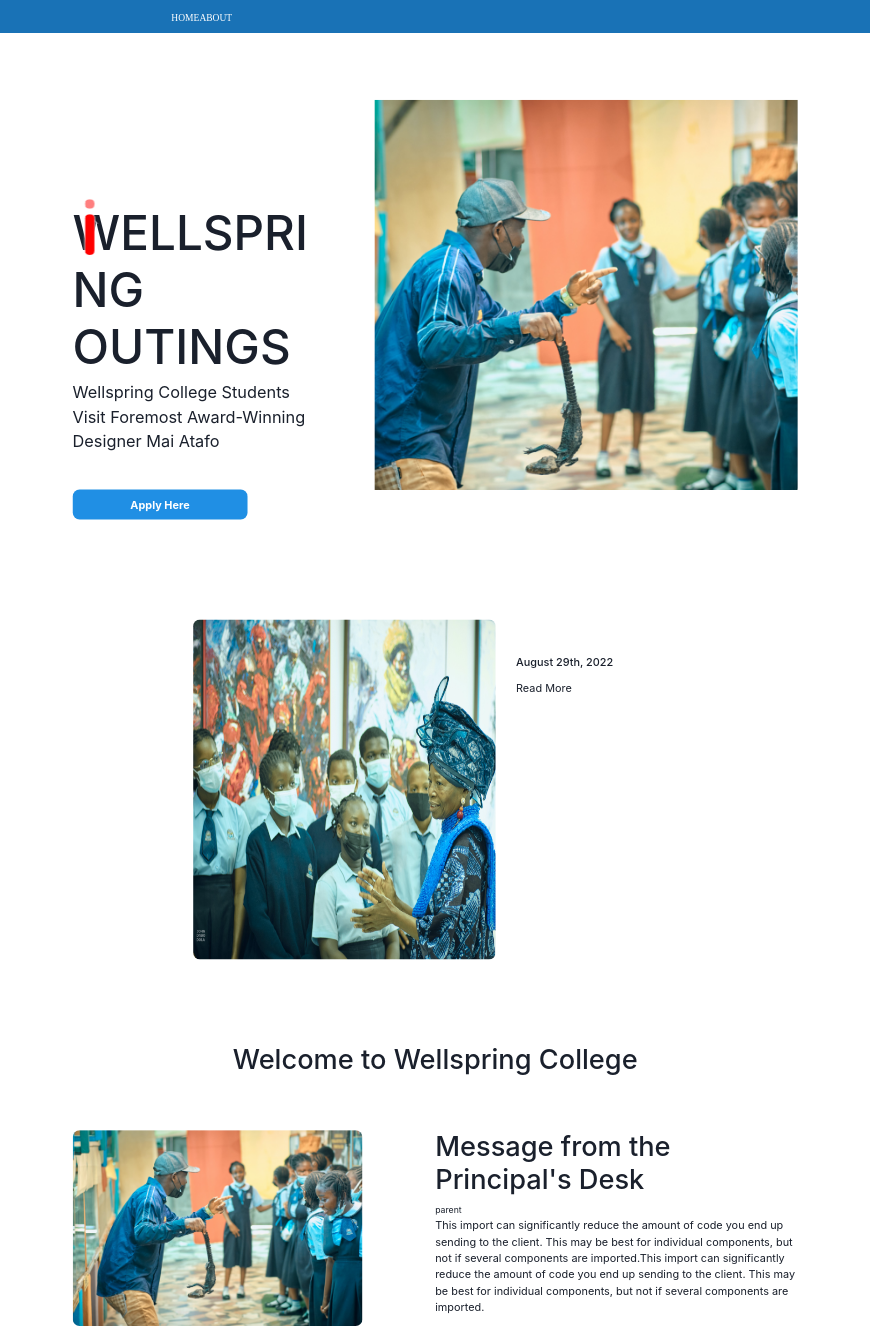
Repository: gr8skills/wellspring-school-forked
Page: /
These files come from the project's save history. The page is drawn as it stood at one moment and after a run of saves; the edit follows.
The browser window is 1280 px wide. The pictures show the whole page, at 68% of full size.
The project was rebuilt for these pictures with package versions that can differ from the ones it lists, and the page was loaded fresh each time. Also part of the build but not shown: src/components/Navbar/Dropdown.scss, src/components/Navbar/Dropdown.js, src/components/Calendar/Calendar.js.

Above is the page before, as saved 2022-12-02 00:03:25.

After the next 2 saves:
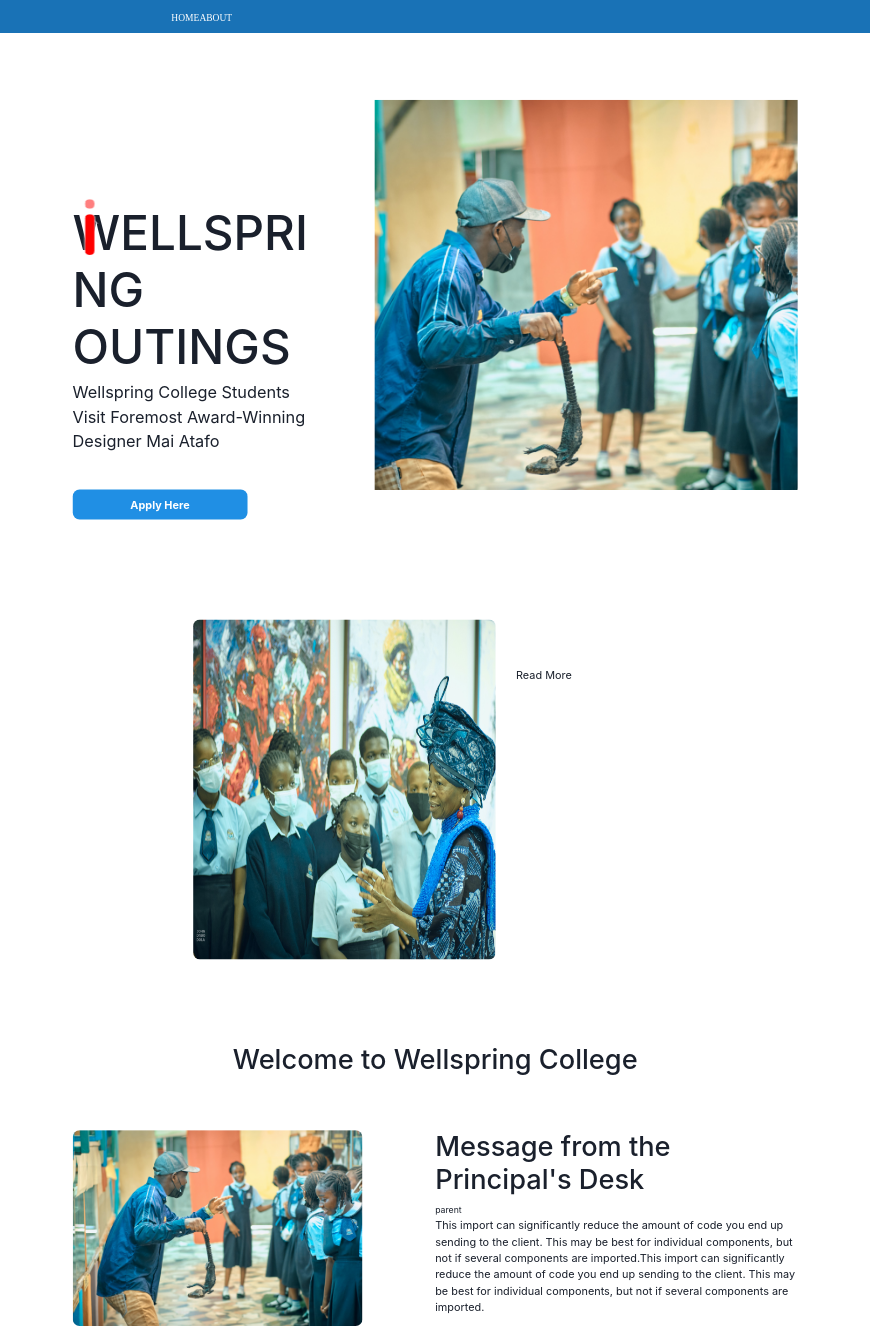
The 2 saves are shown as one change because they came seconds apart.
The last was saved 13 s later.
--- a/src/components/News/News.js
+++ b/src/components/News/News.js
@@ -14,7 +14,7 @@
             <img className="col-md-12" src={Slider1} alt="Scholar" />
           </div>
           <div className="col-md-6 news-description">
-            <h6>August 29th, 2022</h6>
+            <h6>{}</h6>
             <p>
               <strong>
               {props.message}
